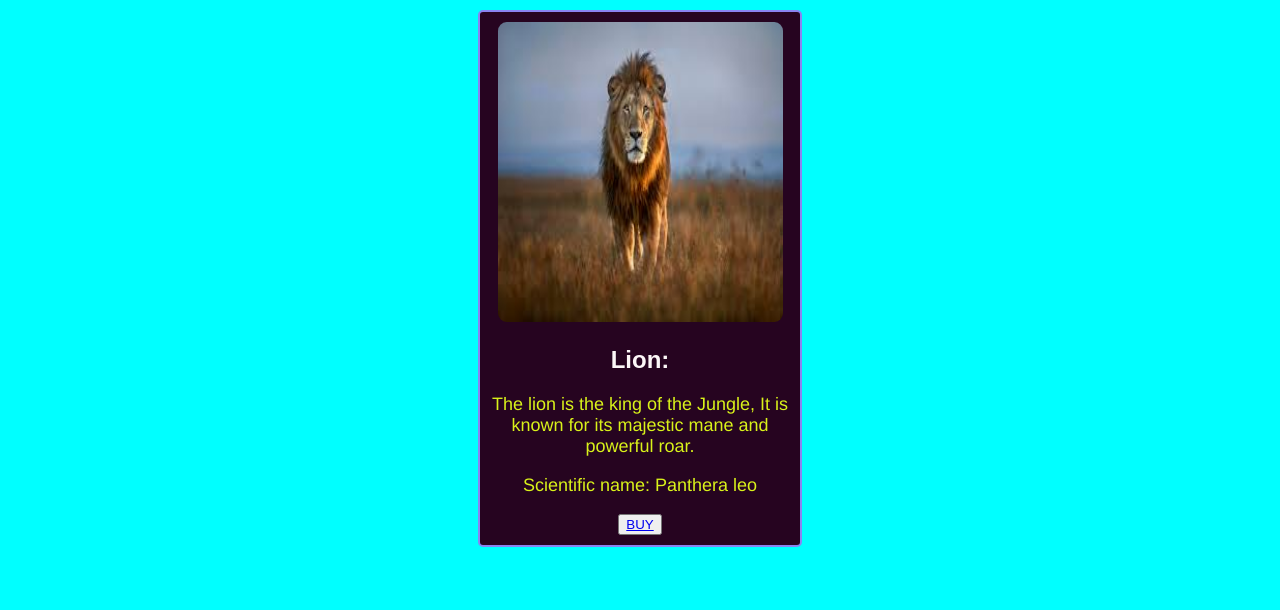
Repository: KingBoyMaylow/Animal-trading-card
Page: index.html
The author's editor kept a copy of each file at every save. The page is drawn from the files as they stood at one save, then again after a run of saves.
The browser window is 1280 px wide. The pictures show the whole page.

Above is the page before, as saved 2024-05-14 13:45:08.

### index.html
<!DOCTYPE html>
<html lang="en">
<head>
    <meta charset="UTF-8">
    <meta name="viewport" content="width=device-width, initial-scale=1.0">
    <title>Document</title>
</head>
<body>
    <style>
    body {
        font-family: Arial, sans-serif;
        text-align: center;
        background-color: aqua;
    }
    .card {
        width: 300px;
        border: 2px solid #8a83f1;
        border-radius: 5px;
        margin: 10px auto;
        padding: 10px;
        background-color: #260420;
    }
    .card img {
        width: 95%;
        border-radius: 3%;
        height: 300px;
    }
    .card h2 {
        color: #fcf7f7;
    }
    .card p {
        color: #d9f21a;
        font-size: large;
        font-family: 'Franklin Gothic Medium', 'Arial Narrow', Arial, sans-serif;
    }
</style>
</head>
<body>
    <div class="card">
        <img src="lion.jpeg" alt="Lion">
        <h2>Lion:</h2>
        <p>The lion is the king of the Jungle, It is known for its majestic mane and powerful roar.</p>
        <p>Scientific name: Panthera leo</p>
        <button><a href="#">BUY</a></button>
    </div>
</body>
</html>

After the next 3 saves:
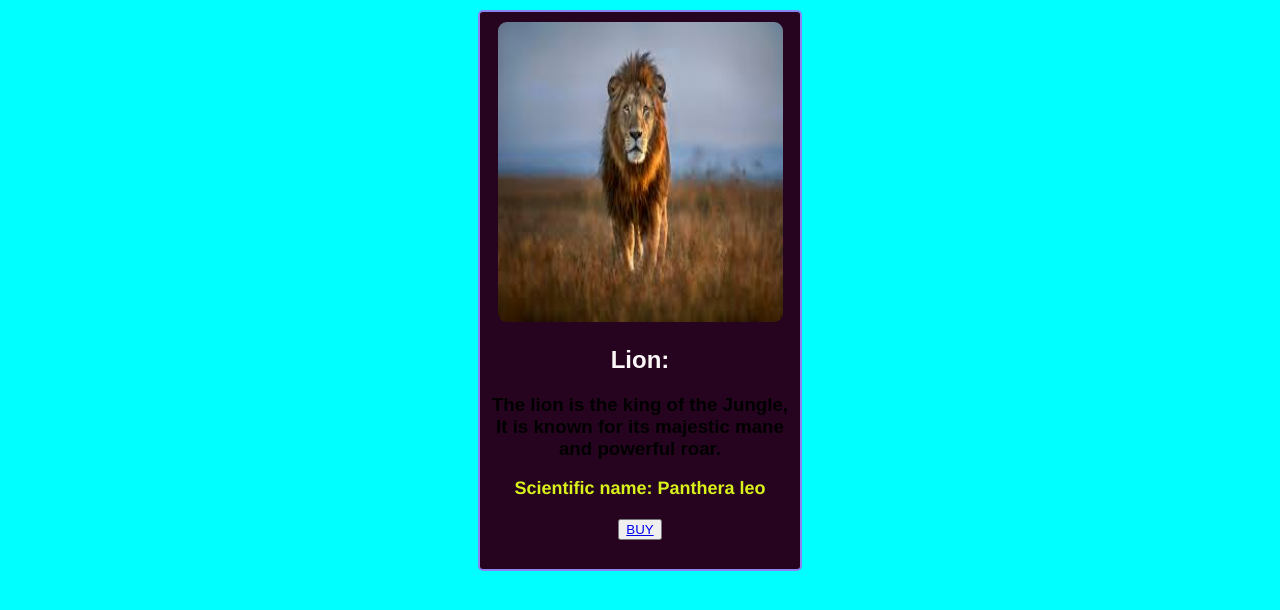
The 3 saves are shown as one change because they came seconds apart.
The last was saved 13 s later.
--- a/index.html
+++ b/index.html
@@ -39,6 +39,7 @@
     <div class="card">
         <img src="lion.jpeg" alt="Lion">
         <h2>Lion:</h2>
+        <h3
         <p>The lion is the king of the Jungle, It is known for its majestic mane and powerful roar.</p>
         <p>Scientific name: Panthera leo</p>
         <button><a href="#">BUY</a></button>

After the save that followed:
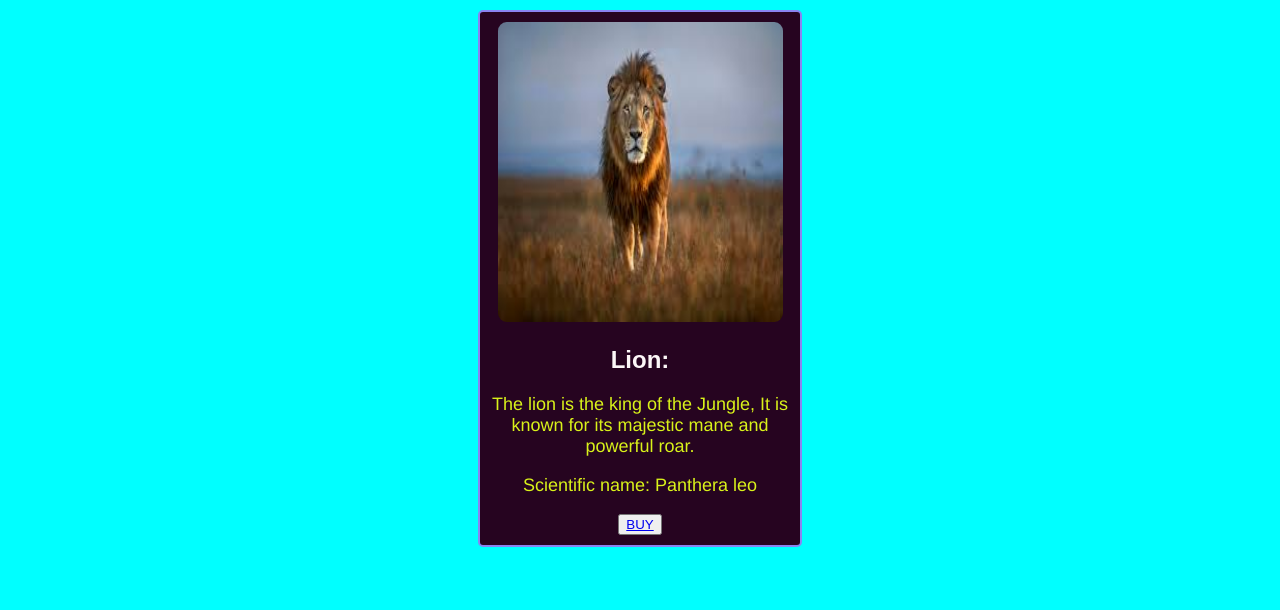
Saved 5 s later.
--- a/index.html
+++ b/index.html
@@ -39,7 +39,7 @@
     <div class="card">
         <img src="lion.jpeg" alt="Lion">
         <h2>Lion:</h2>
-        <h3
+        <h3></h3>
         <p>The lion is the king of the Jungle, It is known for its majestic mane and powerful roar.</p>
         <p>Scientific name: Panthera leo</p>
         <button><a href="#">BUY</a></button>
